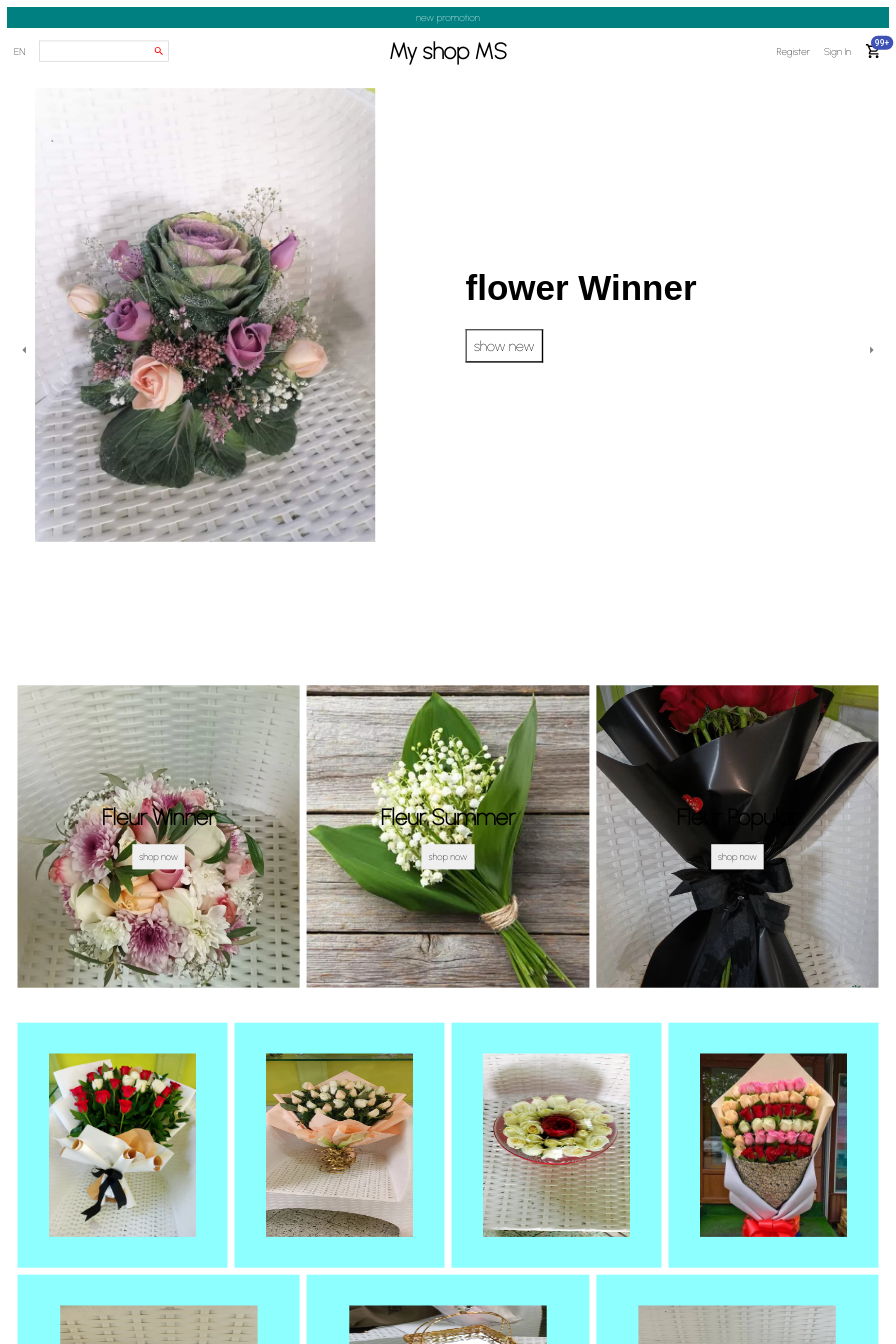
Repository: jarraymassaoud/react-web
Page: /
These files come from the project's save history. The page is drawn as it stood at one moment and after the next save; the edit follows.
The browser window is 1280 px wide. The pictures show the part of the page from y = 0 to 1920 px (the page is 2807 px tall), at 70% of full size.
The project was rebuilt for these pictures with package versions that can differ from the ones it lists, and the page was loaded fresh each time. Also part of the build but not shown: src/pages/Cart.jsx, src/pages/Login.jsx, src/pages/Bunch.jsx.

Above is the page before, as saved 2022-06-01 08:23:18.

After the next save:
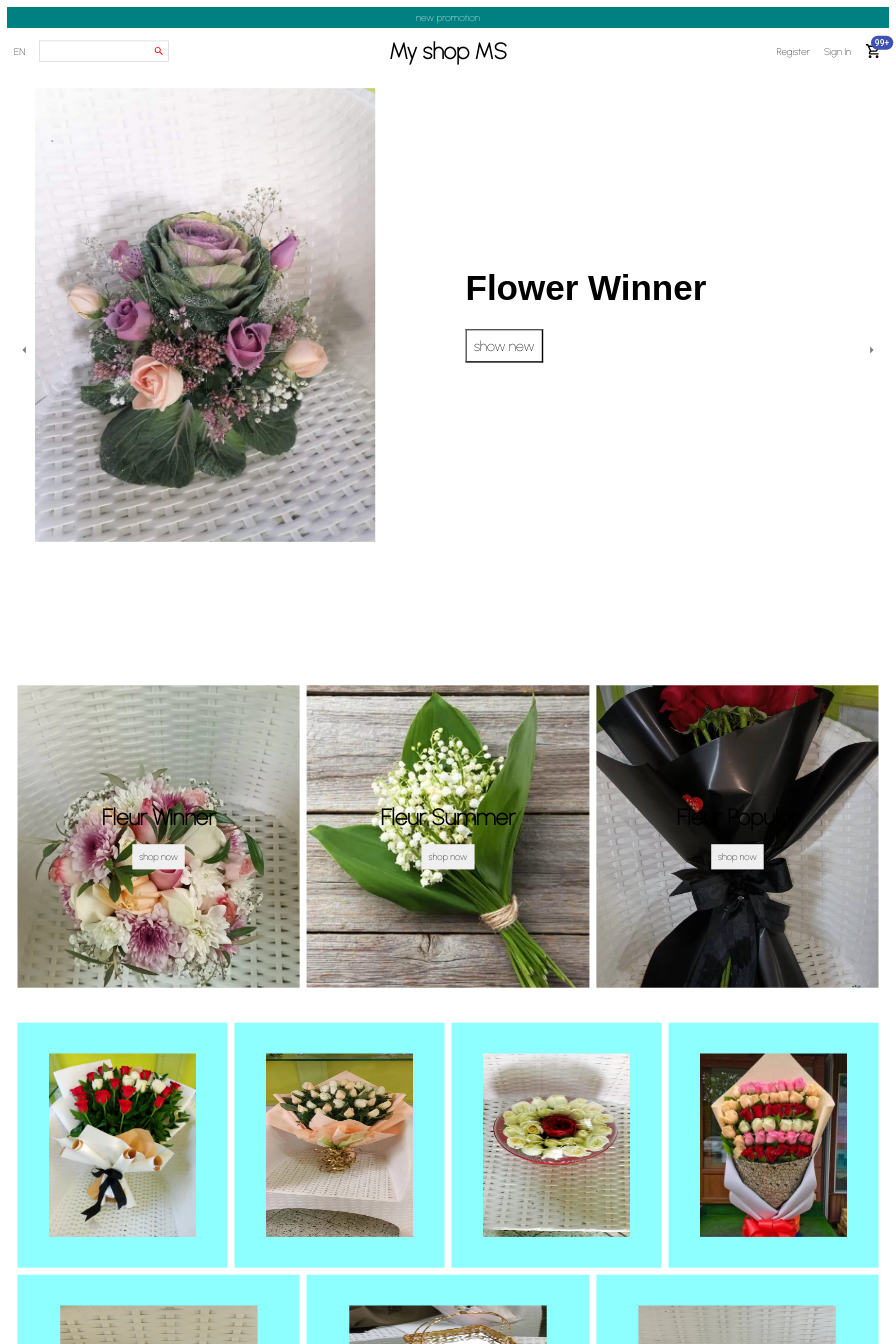
Saved 28 s later.
--- a/src/data.js
+++ b/src/data.js
@@ -2,7 +2,7 @@ export const sliderItems = [
   {
     id: 1,
     img: "images/img1.jpg",
-    title: "flower Winner",
+    title: "Flower Winner",
     desc: "",
     bg: "fcf1ed",
   },
@@ -17,7 +17,7 @@ export const sliderItems = [
   {
     id: 3,
     img: "images/img20.jpg",
-    title: "flower Popular",
+    title: "Flower Popular",
     desc: "",
     bg: "fbf0f4",
   },
